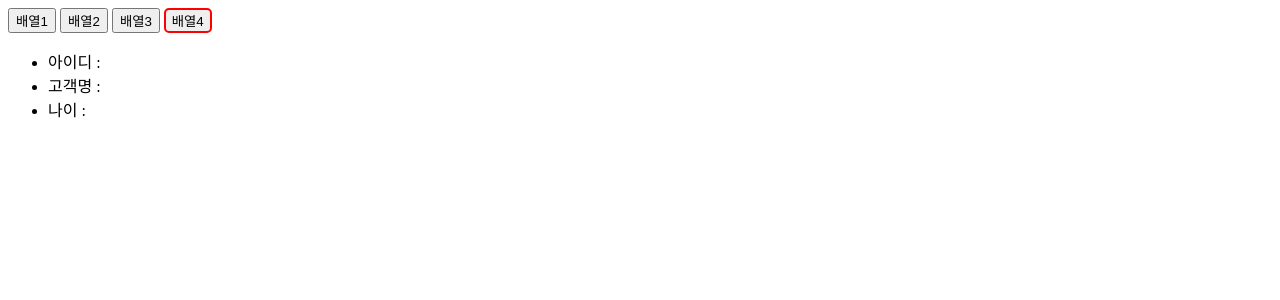
Repository: baeyoomi/version
Page: web/src/main/webapp/array1.html
An editor plug-in stored every save of this project. The page is shown before and after the next save, followed by the edit.
The browser window is 1280 px wide. The pictures show the whole page.
After loading, the first visible `input[onclick="bbb()"]` was clicked once.

Above is the page before, as saved 2023-08-09 03:12:39.

After the next save:
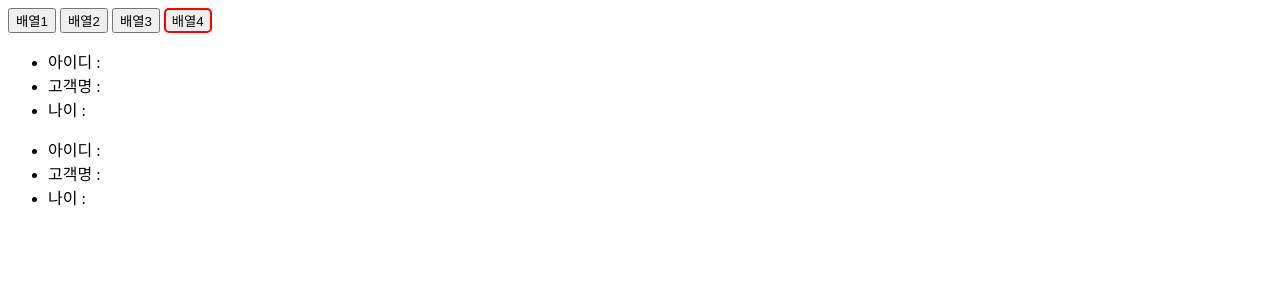
Saved 11 s later.
--- a/web/src/main/webapp/array1.html
+++ b/web/src/main/webapp/array1.html
@@ -59,7 +59,7 @@
 		var html = document.getElementById("box");
 		while(w < ea){
 			//console.log(data["myinfo"][w]["id"]);
-			html.innerHTML = `
+			html.innerHTML += `
 			<ul>
 				<li>아이디 : </li>
 				<li>고객명 : </li>
